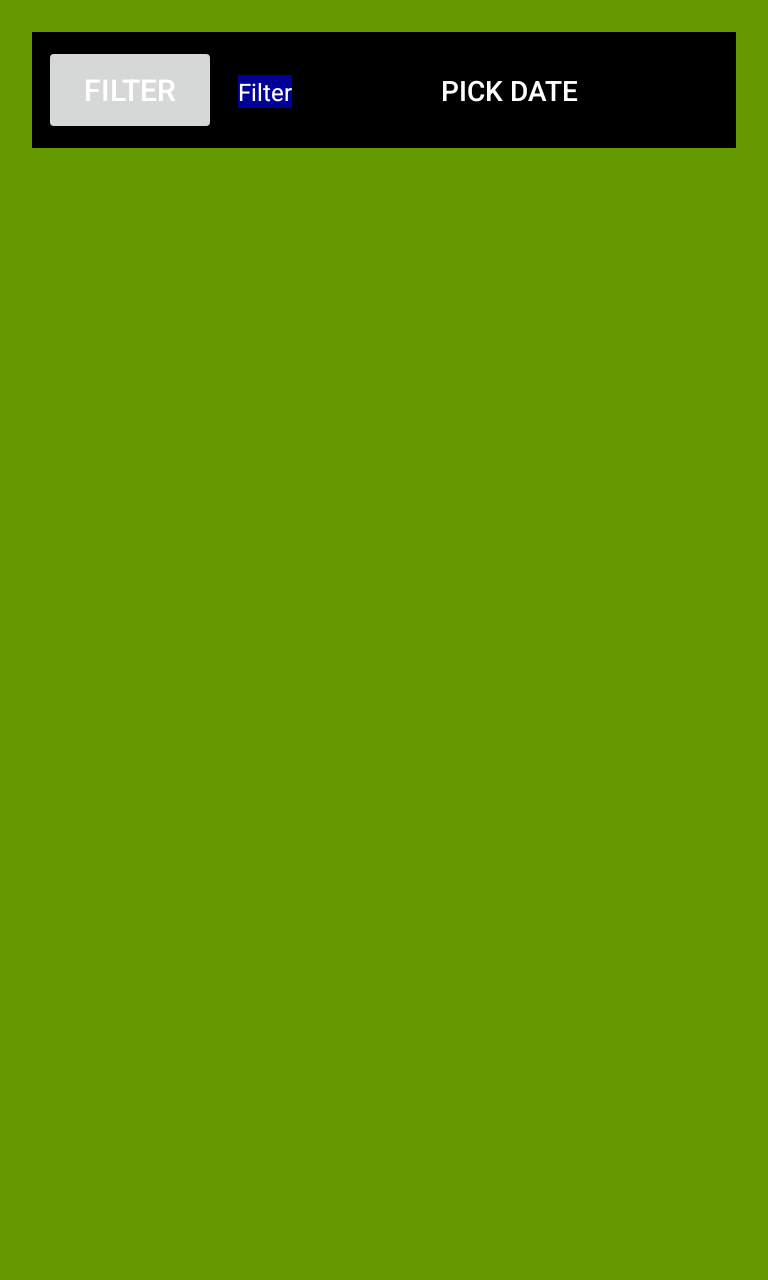
Repository: bwoldemi/LilyTrans
Layout: TransLily/res/layout/activity_my_post_rides.xml
The author's editor kept a copy of each file at every save. The layout is drawn from the files as they stood at one save, then again after the next save.
It is drawn on a 768 x 1280 px phone screen (xhdpi) without system bars, with theme AppTheme; the app's code is not run. Lists and similar views that code fills are empty.

Above is the layout before, as saved 2014-11-09 16:47:11.

After the next save:
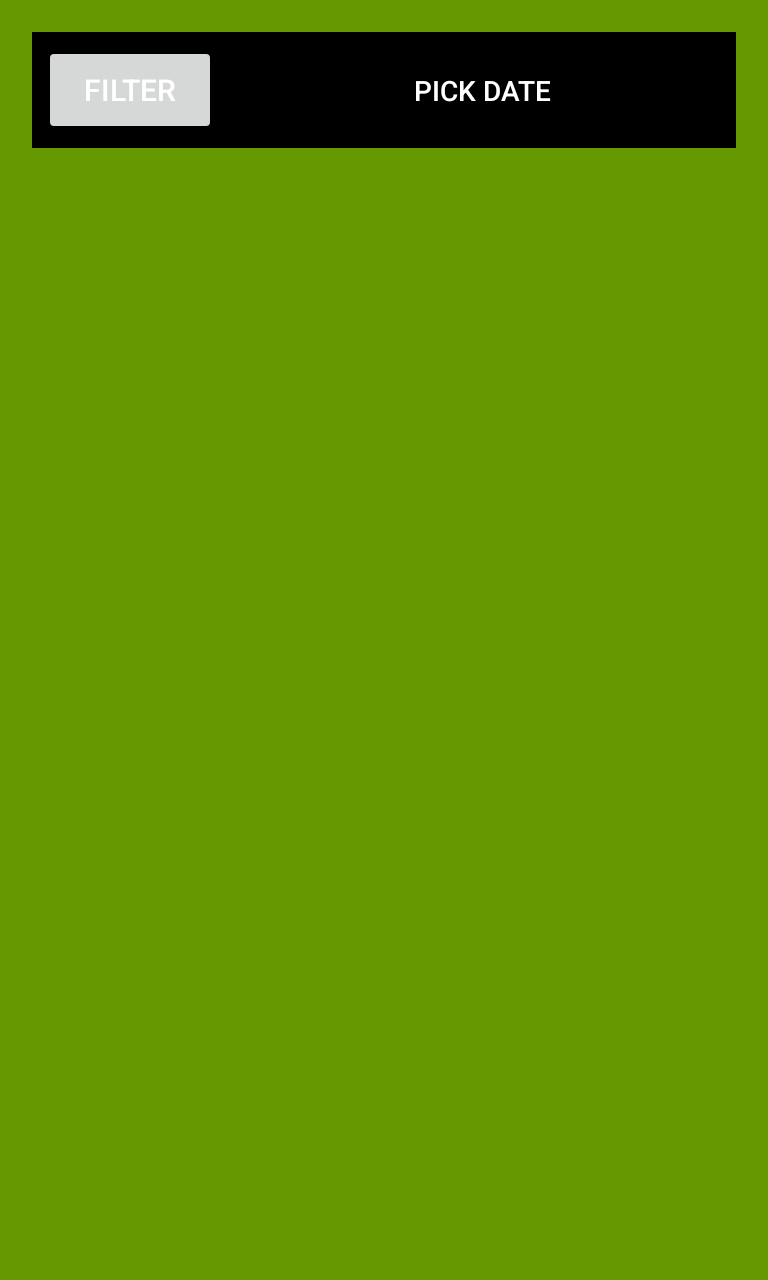
Saved 110 s later.
--- a/TransLily/res/layout/activity_my_post_rides.xml
+++ b/TransLily/res/layout/activity_my_post_rides.xml
@@ -29,8 +29,7 @@
             android:id="@+id/datetv_my_post_ride"
             android:layout_width="wrap_content"
             android:layout_height="wrap_content"
-            android:text="@string/sort_rides"
-            android:layout_marginLeft="10sp"
+             android:layout_marginLeft="10sp"
             android:textColor="#FFF"
             android:background="@color/backgroundFrom"
             android:textSize="12sp" />
